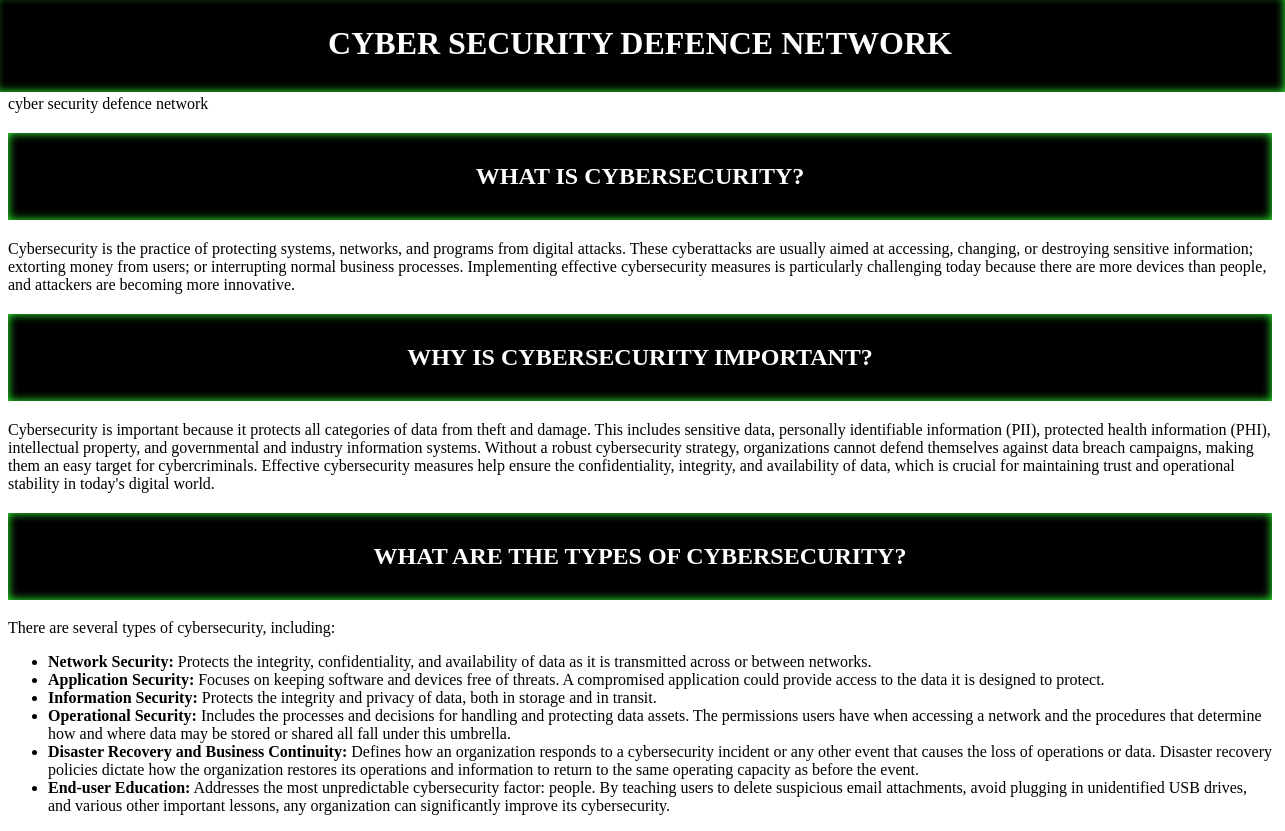
Repository: newworldhost/nwh
Page: index.html
The author's editor kept a copy of each file at every save. The page is drawn from the files as they stood at one save, then again after the next save.
The browser window is 1280 px wide. The page is 1285 px wide, so the pictures cover 1285 px, including what lies to the right of the window. The pictures show the whole page.

Above is the page before, as saved 2025-03-04 15:41:55.

After the next save:
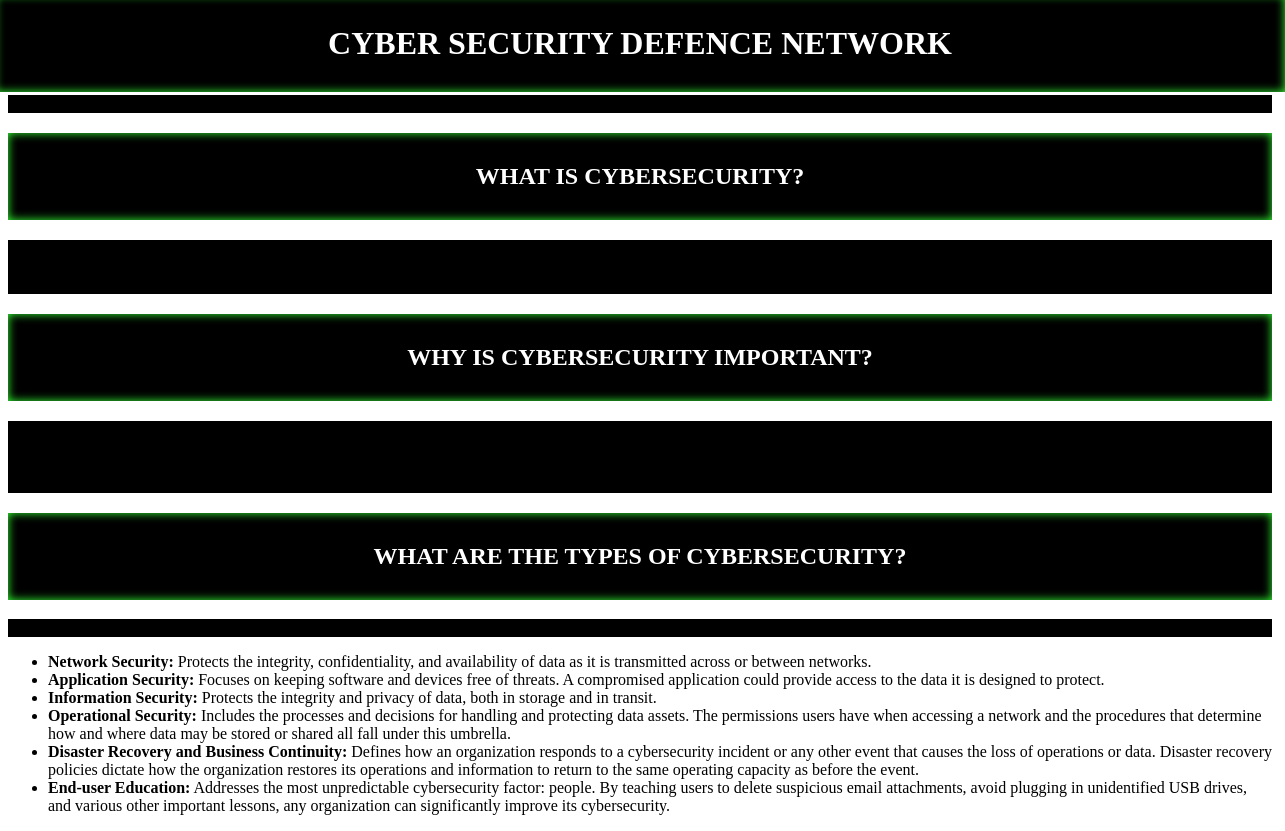
Saved 19 s later.
--- a/style.css
+++ b/style.css
@@ -15,3 +15,6 @@ h2 {
     text-transform: uppercase;
     box-shadow: inset 0 0 10px #33ff33;
 }
+p {
+    background-color:black
+}
